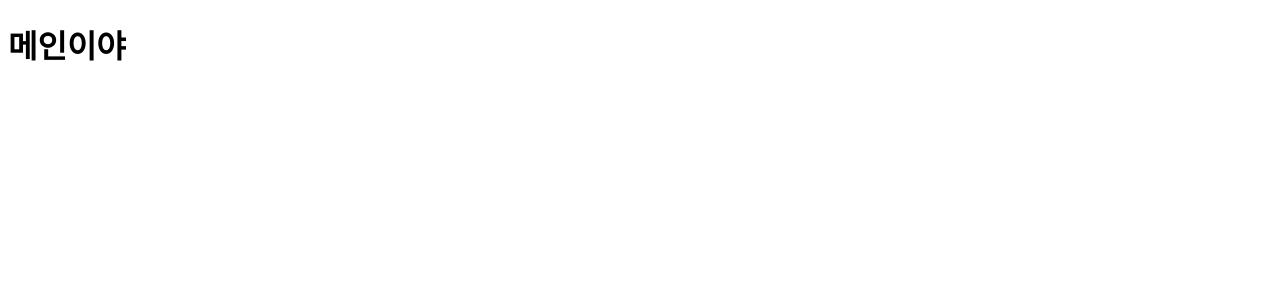
Repository: pyeonm30/PYMjspWorkspace
Page: http://localhost/basicJSP/07_member_login2/index.jsp
The author's editor kept a copy of each file at every save. The page is drawn from the files as they stood at one save, then again after the next save.
The browser window is 1280 px wide. The pictures show the whole page.
The page is served by Tomcat 9. Other server files are loaded and not shown.

Above is the page before, as saved 2024-01-31 03:29:15.

### basicJSP/src/main/webapp/07_member_login2/index.jsp
<%@ page language="java" contentType="text/html; charset=UTF-8"
    pageEncoding="UTF-8"%>
<!DOCTYPE html>
<html>
<head>
<meta charset="UTF-8">
<title>Insert title here</title>
</head>
<body>
 <h1> 메인이야 </h1>
</body>
</html>

### basicJSP/src/main/webapp/07_member_login2/header.jsp
<%@ page language="java" contentType="text/html; charset=UTF-8"
    pageEncoding="UTF-8"%>
<!DOCTYPE html>
<html>
<head>
<meta charset="UTF-8">
<title>Insert title here</title>
</head>
<body>
 <h1> 헤더야 </h1>
</body>
</html>

After the next save:
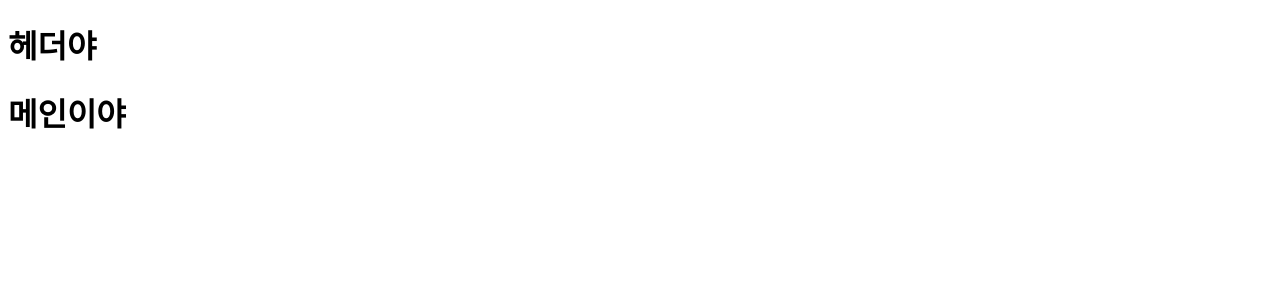
Saved 117 s later.
--- a/basicJSP/src/main/webapp/07_member_login2/index.jsp
+++ b/basicJSP/src/main/webapp/07_member_login2/index.jsp
@@ -1,5 +1,6 @@
 <%@ page language="java" contentType="text/html; charset=UTF-8"
     pageEncoding="UTF-8"%>
+<%@ include file="./header.jsp" %>
 <!DOCTYPE html>
 <html>
 <head>
